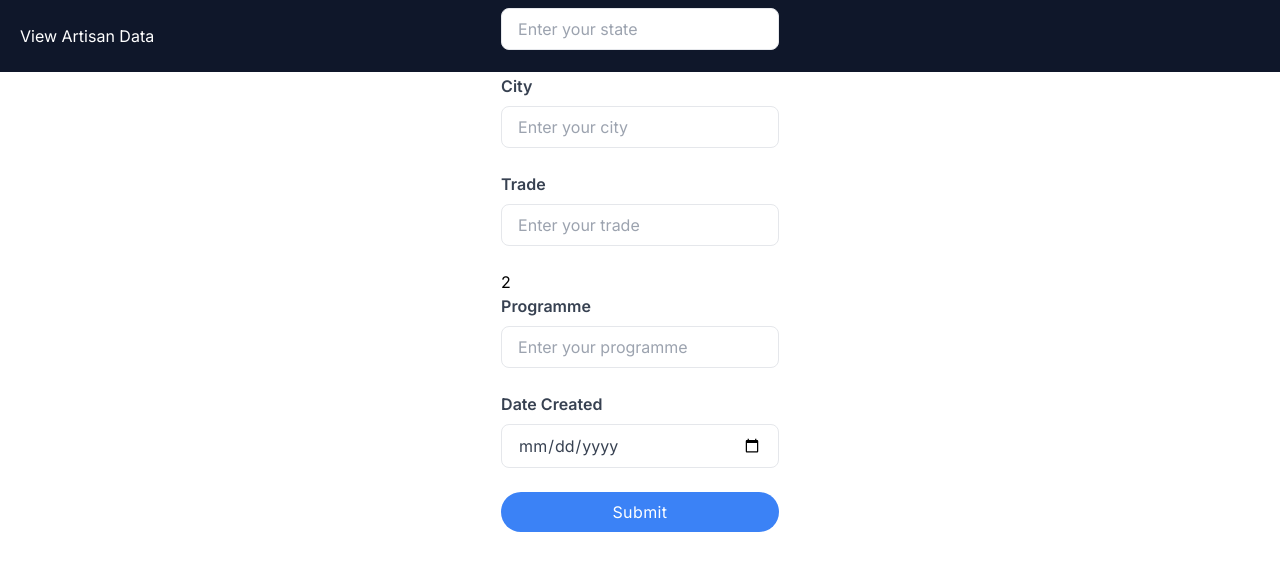
Repository: marcusdashe/artisanindex_frontend
Page: /components/CreateArtisan
An editor plug-in stored every save of this project. The page is shown before and after the next save, followed by the edit.
The browser window is 1280 px wide. The pictures show the whole page.
The page's requests for data from a server got no answer. The project was rebuilt for these pictures with package versions that can differ from the ones it lists, and the page was loaded fresh each time. The framework's server and built-in components were replaced by stand-ins that run in the browser. No one was signed in, and anything a server would have sent is missing. Also part of the build but not shown: next.config.js.

Above is the page before, as saved 2023-03-09 10:51:34.

### pages/_app.js
import "@/styles/globals.css";
import "core-js/stable";
import "regenerator-runtime/runtime";

export default function App({ Component, pageProps }) {
  return <Component {...pageProps} />;
}

### pages/_document.js
import { Html, Head, Main, NextScript } from "next/document";

export default function Document() {
  return (
    <Html lang="en">
      <Head>
        <link rel="preconnect" href="https://fonts.googleapis.com" />
        <link
          rel="preconnect"
          href="https://fonts.gstatic.com"
          crossOrigin="true"
        />
        <link
          href="https://fonts.googleapis.com/css2?family=Inter:wght@100;200;300;400;500;600&display=swap"
          rel="stylesheet"
        />
      </Head>
      <body>
        <Main />
        <NextScript />
      </body>
    </Html>
  );
}

### pages/components/CreateArtisan.js
// import React, { useState } from "react";
// import axios from "axios";
// import ArtisanTable from "./ArtisanTable";

// function ViewArtisanDataScreen() {
//   const [selectedValue, setSelectedValue] = useState("");
//   const [searchInput, setSearchInput] = useState("");
//   const [artisans, setArtisans] = useState([]);

//   const options = [
//     { value: "trade", label: "Trade" },
//     { value: "phone", label: "Phone No." },
//     { value: "state", label: "State" },
//     { value: "gender", label: "Gender" },
//     { value: "fullname", label: "Full Name" },
//     { value: "city", label: "City" },
//   ];

//   const fetchAllArtisanEndpoint = `${process.env.NEXT_PUBLIC_BACKEND_BASE_URL}api/artisan/all`;
//   function handleSelectChange(event) {
//     setSelectedValue(event.target.value);
//   }

//   function handleSearchInputChange(event) {
//     setSearchInput(event.target.value);
//     switch (selectedValue) {
//       case "trade":
//         setArtisans(
//           artisans.filter((artisan) => artisan.trade === searchInput.trim())
//         );
//         break;
//       case "phone":
//         setArtisans(
//           artisans.filter((artisan) => artisan.phone === searchInput.trim())
//         );
//         break;
//       case "state":
//         setArtisans(
//           artisans.filter((artisan) => artisan.state === searchInput.trim())
//         );
//         break;
//       case "gender":
//         setArtisans(
//           artisans.filter((artisan) => artisan.gender === searchInput.trim())
//         );
//         break;
//       case "fullname":
//         setArtisans(
//           artisans.filter((artisan) => artisan.fullname === searchInput.trim())
//         );
//         break;
//       case "city":
//         setArtisans(
//           artisans.filter((artisan) => artisan.city === searchInput.trim())
//         );
//         break;
//       default:
//         console.log("Wrong Search keyword");
//     }
//   }

//   React.useMemo(() => {
//     axios
//       .get(fetchAllArtisanEndpoint)
//       .then((res) => {
//         console.log(res.data);
//         setArtisans(res.data);
//       })
//       .catch((err) => {
//         console.log(err);
//       });
//   }, []);

//   function fetchData() {
//     axios
//       .get(
//         `${process.env.NEXT_PUBLIC_BACKEND_BASE_URL}api/artisan/search?search=${searchInput}&filter=${selectedValue}`
//       )
//       .then((response) => {
//         // Handle the response data
//         setArtisans(response.data);
//         console.log(artisans);
//       })
//       .catch((error) => {
//         // Handle the error
//         console.error(error);
//       });
//   }

//   return (
//     <div className="w-full h-[100vh]">
//       <div className="w-full h-[10vh] bg-slate-900 flex items-center content-center justify-start p-4">
//         <h1 className="text-white">View Artisan Data</h1>
//       </div>
//       <div className="w-full h-[90vh] p-4 overflow-y-scroll overflow-x-hidden">
//         <input
//           type="text"
//           placeholder="Search.."
//           className="bg-slate-200 rounded-md p-3 w-full outline-none active:outline-none"
//           value={searchInput}
//           onChange={handleSearchInputChange}
//         />
//         <select
//           value={selectedValue}
//           onChange={handleSelectChange}
//           className="block w-full py-2 px-3 mt-2 border border-gray-300 rounded-md shadow-sm focus:outline-none focus:ring-[#8D161A] focus:border-[#8D161A] sm:text-sm"
//         >
//           <option value="">--Search by--</option>
//           {options.map((option, idx) => (
//             <option key={idx} value={option.value} className="text-gray-900">
//               {option.label}
//             </option>
//           ))}
//         </select>
//         <button
//           className="bg-[#8D161A] text-white rounded-md py-2 px-4 mt-4 hover:hover:bg-[#4a3e3e] duration-500 focus:outline-none focus:ring-2 focus:ring-blue-500"
//           onClick={fetchData}
//         >
//           Fetch Data
//         </button>
//         {artisans.length > 0 && <ArtisanTable data={artisans} />}
//       </div>
//     </div>
//   );
// }

// export default ViewArtisanDataScreen;

import React, { useState, useEffect } from "react";
import axios from "axios";

function ViewArtisanDataScreen() {
  const [formData, setFormData] = useState({
    city: "",
    created: "",
    fullName: "",
    gender: "",
    phoneNumber: "",
    state: "",
    trade: "",
    programme: "",
  });

  const handleInputChange = (event) => {
    const { name, value } = event.target;
    setFormData({ ...formData, [name]: value });
  };

  const handleSubmit = (event) => {
    event.preventDefault();
    console.log(formData);
  };

  const fetchAllArtisanEndpoint = `${process.env.NEXT_PUBLIC_BACKEND_BASE_URL}api/artisan/all`;

  return (
    <div className="w-full h-[100vh]">
      <div className="w-full h-[10vh] bg-slate-900 flex items-center content-center justify-start text-white p-5">
        View Artisan Data
      </div>
      <div className="w-full h-[10vh] bg-white flex items-center justify-center">
        <form onSubmit={handleSubmit}>
          <label htmlFor="fullName" className="block text-gray-700 font-bold">
            Full Name
          </label>
          <input
            type="text"
            id="fullName"
            name="fullName"
            value={formData.fullName}
            onChange={handleInputChange}
            placeholder="Enter your full name"
            className="w-full mt-2 mb-6 px-4 py-2 border rounded-lg text-gray-700 focus:outline-none focus:border-blue-500 focus:shadow-outline-blue"
            required
          />
          <label htmlFor="gender" className="block text-gray-700 font-bold">
            Gender
          </label>
          <select
            id="gender"
            name="gender"
            value={formData.gender}
            onChange={handleInputChange}
            className="w-full mt-2 mb-6 px-4 py-2 border rounded-lg text-gray-700 focus:outline-none focus:border-blue-500 focus:shadow-outline-blue"
            required
          >
            <option value="">-- Select your gender --</option>
            <option value="Male">Male</option>
            <option value="Female">Female</option>
            <option value="Other">Other</option>
          </select>
          <label
            htmlFor="phoneNumber"
            className="block text-gray-700 font-bold"
          >
            Phone Number
          </label>
          <input
            type="tel"
            id="phoneNumber"
            name="phoneNumber"
            value={formData.phoneNumber}
            onChange={handleInputChange}
            placeholder="Enter your phone number"
            className="w-full mt-2 mb-6 px-4 py-2 border rounded-lg text-gray-700 focus:outline-none focus:border-blue-500 focus:shadow-outline-blue"
            required
          />
          <label htmlFor="state" className="block text-gray-700 font-bold">
            State
          </label>
          <input
            type="text"
            id="state"
            name="state"
            value={formData.state}
            onChange={handleInputChange}
            placeholder="Enter your state"
            className="w-full mt-2 mb-6 px-4 py-2 border rounded-lg text-gray-700 focus:outline-none focus:border-blue-500 focus:shadow-outline-blue"
            required
          />
          <label htmlFor="city" className="block text-gray-700 font-bold">
            City
          </label>
          <input
            type="text"
            id="city"
            name="city"
            value={formData.city}
            onChange={handleInputChange}
            placeholder="Enter your city"
            className="w-full mt-2 mb-6 px-4 py-2 border rounded-lg text-gray-700 focus:outline-none focus:border-blue-500 focus:shadow-outline-blue"
            required
          />
          <label htmlFor="trade" className="block text-gray-700 font-bold">
            Trade
          </label>
          <input
            type="text"
            id="trade"
            name="trade"
            value={formData.trade}
            onChange={handleInputChange}
            placeholder="Enter your trade"
            className="w-full mt-2 mb-6 px-4 py-2 border rounded-lg text-gray-700 focus:outline-none focus:border-blue-500 focus:shadow-outline-blue"
            required
          />
          2
          <label htmlFor="programme" className="block text-gray-700 font-bold">
            Programme
          </label>
          <input
            type="text"
            id="programme"
            name="programme"
            value={formData.programme}
            onChange={handleInputChange}
            placeholder="Enter your programme"
            className="w-full mt-2 mb-6 px-4 py-2 border rounded-lg text-gray-700 focus:outline-none focus:border-blue-500 focus:shadow-outline-blue"
            required
          />
          <label htmlFor="created" className="block text-gray-700 font-bold">
            Date Created
          </label>
          <input
            type="date"
            id="created"
            name="created"
            value={formData.created}
            onChange={handleInputChange}
            placeholder="Enter the date"
            className="w-full mt-2 mb-6 px-4 py-2 border rounded-lg text-gray-700 focus:outline-none focus:border-blue-500 focus:shadow-outline-blue"
            required
          />
          <button
            type="submit"
            className="w-full px-4 py-2 tracking-wide text-white capitalize transition-colors duration-200 transform bg-blue-500 rounded-full hover:bg-blue-400 focus:outline-none focus:bg-blue-400"
          >
            Submit
          </button>
        </form>
      </div>
    </div>
  );
}

export default ViewArtisanDataScreen;

### styles/globals.css
@tailwind base;
@tailwind components;
@tailwind utilities;

@layer base {
  html {
    font-family: "Inter", sans-serif;
  }
}

### tailwind.config.js
/** @type {import('tailwindcss').Config} */

module.exports = {
  content: [
    "./pages/**/*.{js,ts,jsx,tsx}",
    "./components/**/*.{js,ts,jsx,tsx}",
  ],
  theme: {
    extend: {},
  },
  plugins: [],
};

After the next save:
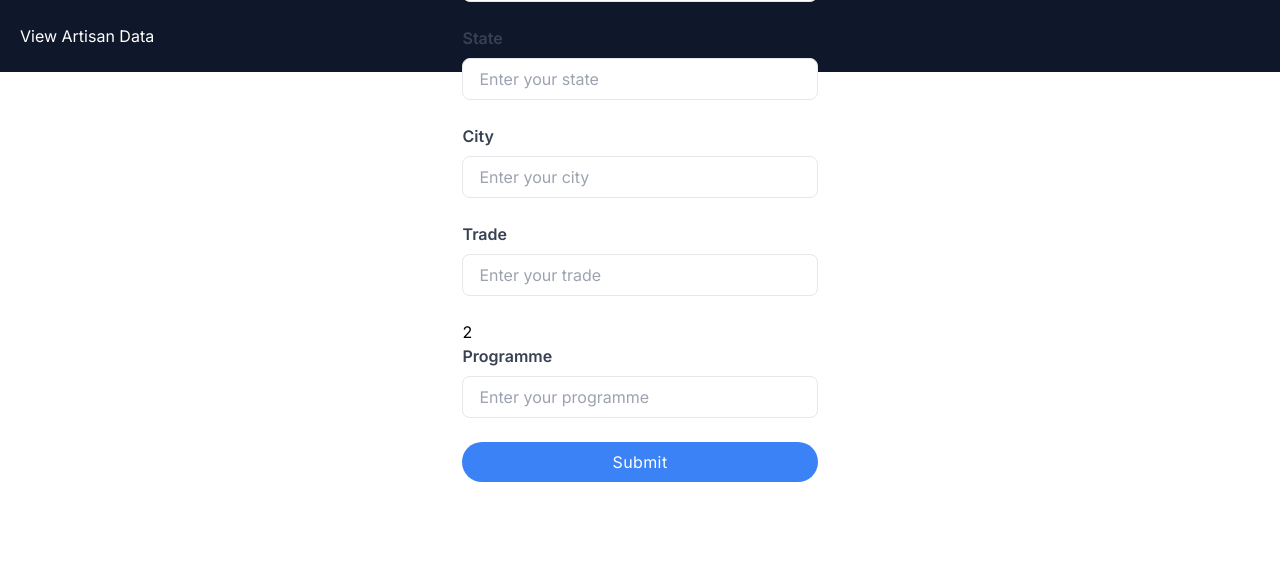
Saved 45 s later.
--- a/pages/components/CreateArtisan.js
+++ b/pages/components/CreateArtisan.js
@@ -258,19 +258,6 @@ function ViewArtisanDataScreen() {
             className="w-full mt-2 mb-6 px-4 py-2 border rounded-lg text-gray-700 focus:outline-none focus:border-blue-500 focus:shadow-outline-blue"
             required
           />
-          <label htmlFor="created" className="block text-gray-700 font-bold">
-            Date Created
-          </label>
-          <input
-            type="date"
-            id="created"
-            name="created"
-            value={formData.created}
-            onChange={handleInputChange}
-            placeholder="Enter the date"
-            className="w-full mt-2 mb-6 px-4 py-2 border rounded-lg text-gray-700 focus:outline-none focus:border-blue-500 focus:shadow-outline-blue"
-            required
-          />
           <button
             type="submit"
             className="w-full px-4 py-2 tracking-wide text-white capitalize transition-colors duration-200 transform bg-blue-500 rounded-full hover:bg-blue-400 focus:outline-none focus:bg-blue-400"
